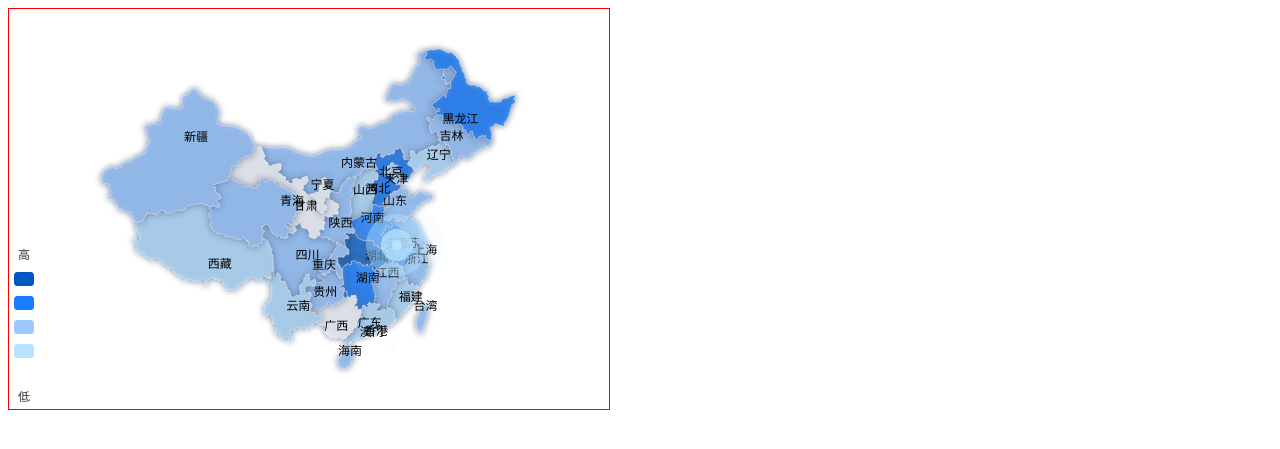
Repository: 572031690/echartssimple
Page: 21.地图常见效果_地图和散点图结合.html
The author's editor kept a copy of each file at every save. The page is drawn from the files as they stood at one save, then again after the next save.
The browser window is 1280 px wide. The pictures show the whole page.

Above is the page before, as saved 2021-08-11 11:48:38.

### 21.地图常见效果_地图和散点图结合.html
<!DOCTYPE html>
<html lang="en">

<head>
  <meta charset="UTF-8">
  <meta name="viewport" content="width=device-width, initial-scale=1.0">
  <meta http-equiv="X-UA-Compatible" content="ie=edge">
  <title>Document</title>
  <script src="lib/echarts.min.js"></script>
  <script src="lib/jquery.min.js"></script>
</head>

<body>
  <div style="width: 600px;height:400px;border: 1px solid #f00"></div>

  <script>
    //1. 给series下增加一个新的对象
    //2. 准备数据散点数据  , 配置给series下的另外一个对象
    //3. 配置series下的新对象的type值为effectScatter
    //4. 指明散点图的坐标系统为geo
    //5. 调整涟漪动画效果
    var airData = [
      { name: '北京', value: 39.92 },
      { name: '天津', value: 39.13 },
      { name: '上海', value: 31.22 },
      { name: '重庆', value: 66 },
      { name: '河北', value: 147 },
      { name: '河南', value: 113 },
      { name: '云南', value: 25.04 },
      { name: '辽宁', value: 50 },
      { name: '黑龙江', value: 114 },
      { name: '湖南', value: 175 },
      { name: '安徽', value: 117 },
      { name: '山东', value: 92 },
      { name: '新疆', value: 84 },
      { name: '江苏', value: 67 },
      { name: '浙江', value: 84 },
      { name: '江西', value: 96 },
      { name: '湖北', value: 273 },
      { name: '广西', value: 0 },
      { name: '甘肃', value: 0 },
      { name: '山西', value: 39 },
      { name: '内蒙古', value: 58 },
      { name: '陕西', value: 61 },
      { name: '吉林', value: 51 },
      { name: '福建', value: 29 },
      { name: '贵州', value: 71 },
      { name: '广东', value: 38 },
      { name: '青海', value: 57 },
      { name: '西藏', value: 24 },
      { name: '四川', value: 58 },
      { name: '宁夏', value: 0 },
      { name: '海南', value: 54 },
      { name: '台湾', value: 88 },
      { name: '香港', value: 66 },
      { name: '澳门', value: 77 },
      { name: '南海诸岛', value: 55 }
    ]
    var scatterData = [
      {
        value: [117.283042, 31.86119]
      }
    ]
    var mCharts = echarts.init(document.querySelector("div"))
    $.get('json/map/china.json', function (ret) {
      // ret 就是中国的各个省份的矢量地图数据
      console.log(ret)
      echarts.registerMap('chinaMap', ret)
      var option = {
        geo: {
          type: 'map',
          map: 'chinaMap', // chinaMap需要和registerMap中的第一个参数保持一致
          roam: true, // 设置允许缩放以及拖动的效果
          label: {
            show: true // 展示标签
          },
          itemStyle: {
            normal: {
              areaColor: '#416cbb',//地图区域的颜色。
              borderColor: '#fff',//图形的描边颜色。支持的颜色格式同 color，不支持回调函数。
              shadowColor: '#41587f',//阴影颜色。
              shadowBlur: 6,//图形阴影的模糊大小。
              opacity: 0.75//图形透明度
            },
            emphasis: {
              areaColor: '#fdd145'
            }
          }
        },
        series: [
          {
            data: airData,
            geoIndex: 0, // 将空气质量的数据和第0个geo配置关联在一起
            type: 'map'
          },
          {
            data: scatterData, // 配置散点的坐标数据
            type: 'effectScatter',
            coordinateSystem: 'geo', // 指明散点使用的坐标系统  geo的坐标系统
            rippleEffect: {
              scale: 10 // 设置涟漪动画的缩放比例
            }
          }
        ],
        visualMap: {
          min: 0,
          max: 300,
          text: ['高', '低'],//两端的文本，如 ['High', 'Low']

          //
          indicatorStyle: {
            borderColor:'red',
            borderWidth: 1,
          },
          // inRange: {
          //   color: ['#B8E2FF','#9DC9FF','#6CADFF','#187EFF', '#0357C2'] // 控制颜色渐变的范围
          // },

          pieces: [
          //   // 自定义『分段式视觉映射组件（visualMapPiecewise）』的每一段的范围，以及每一段的文字，以及每一段的特别的样式
          //   { gt: 100000, lte: 1000000000, label: "100000~1000000000", color: "#6ad86e" }, // (900, 1000]
            { gt: 200, lte: 300, label: "10000~100000", color: "#0357C2" }, // (500, 900]
            { gt: 100, lte: 200, label: "1000~10000", color: "#187EFF" }, // (310, 500]
            { gt: 50, lte: 100, label: "10~1000", color: "#9DC9FF" }, // (200, 300]
            { gt: 0, lte: 50, label: "0~10人", color: "#B8E2FF" }, // (10, 200]
            { value:0, label: "无数据", color: "#fff" } // [0]
          ],

          // calculable: true // 出现滑块
        }
      }
      mCharts.setOption(option)
    })

  </script>
</body>

</html>

Loaded but not shown: lib/echarts.min.js (library); lib/jquery.min.js (library); json/map/china.json (common file)

After the next save:
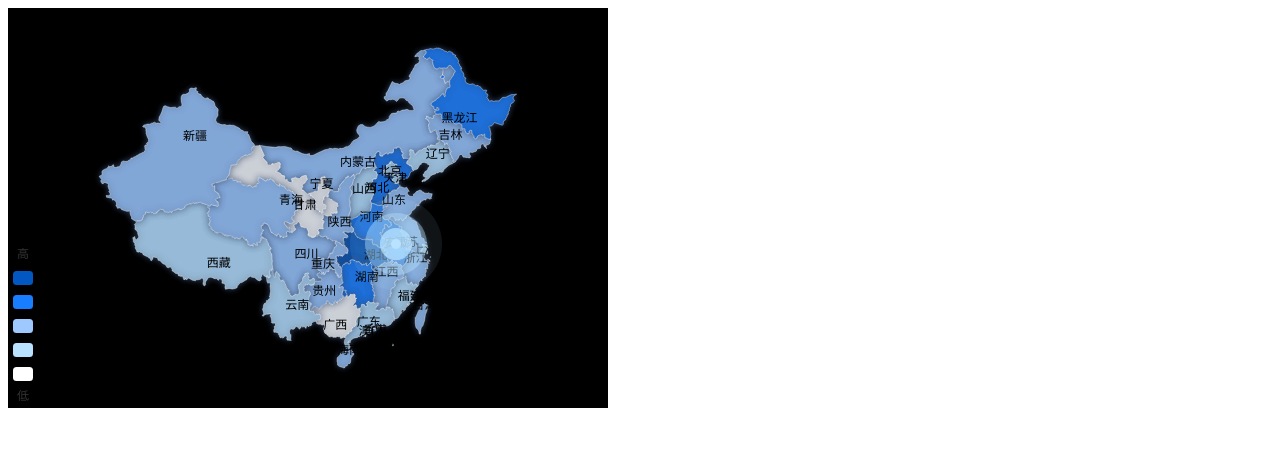
Saved 118 s later.
--- a/21.地图常见效果_地图和散点图结合.html
+++ b/21.地图常见效果_地图和散点图结合.html
@@ -11,7 +11,7 @@
 </head>
 
 <body>
-  <div style="width: 600px;height:400px;border: 1px solid #f00"></div>
+  <div style="width: 600px;height:400px;background-color:black;"></div>
 
   <script>
     //1. 给series下增加一个新的对象
